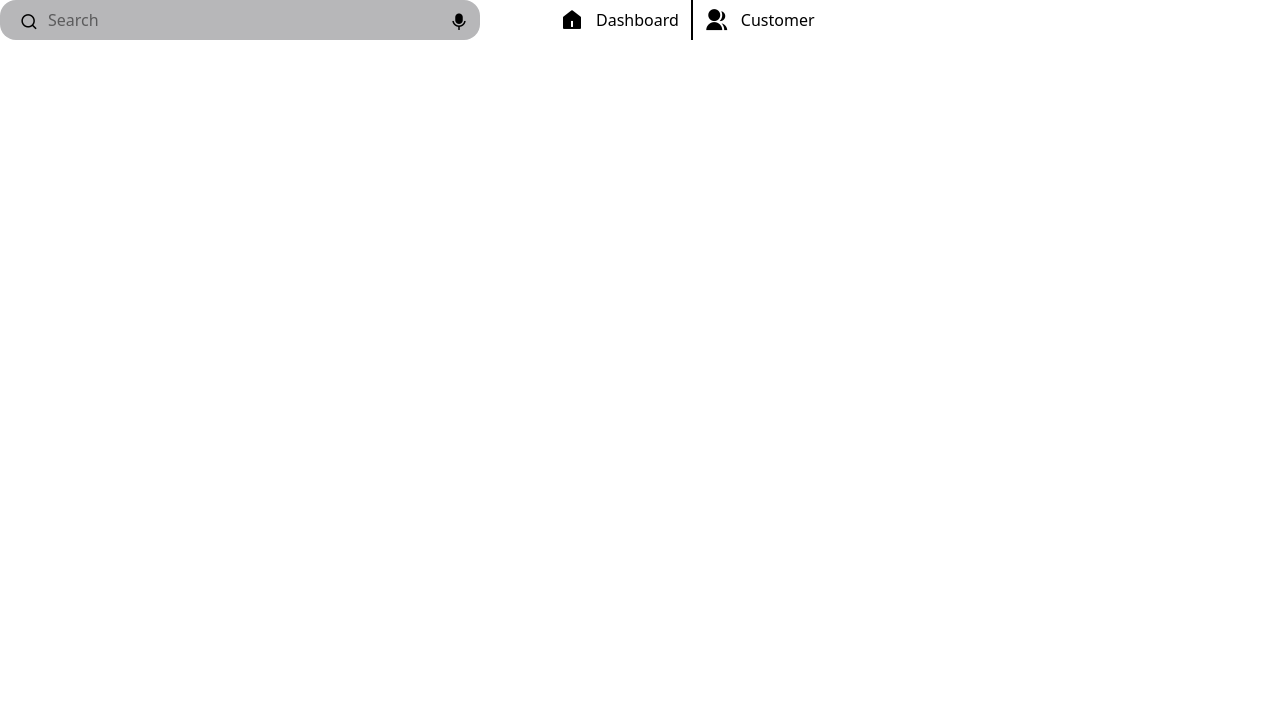
Repository: MockProject9920/MockProject_022025_Nhom4
Page: / (app in frontend/)
An editor plug-in stored every save of this project. The page is shown before and after the next save, followed by the edit.
The browser window is 1280 px wide. The pictures show the whole page.
The project was rebuilt for these pictures with package versions that can differ from the ones it lists, and the page was loaded fresh each time. Also part of the build but not shown: frontend/vite.config.js, frontend/src/components/AdminNavbar.jsx, frontend/src/components/AdminSidebar.jsx, frontend/src/layouts/AdminLayout.jsx.

Above is the page before, as saved 2025-03-12 15:00:54.

After the next save:
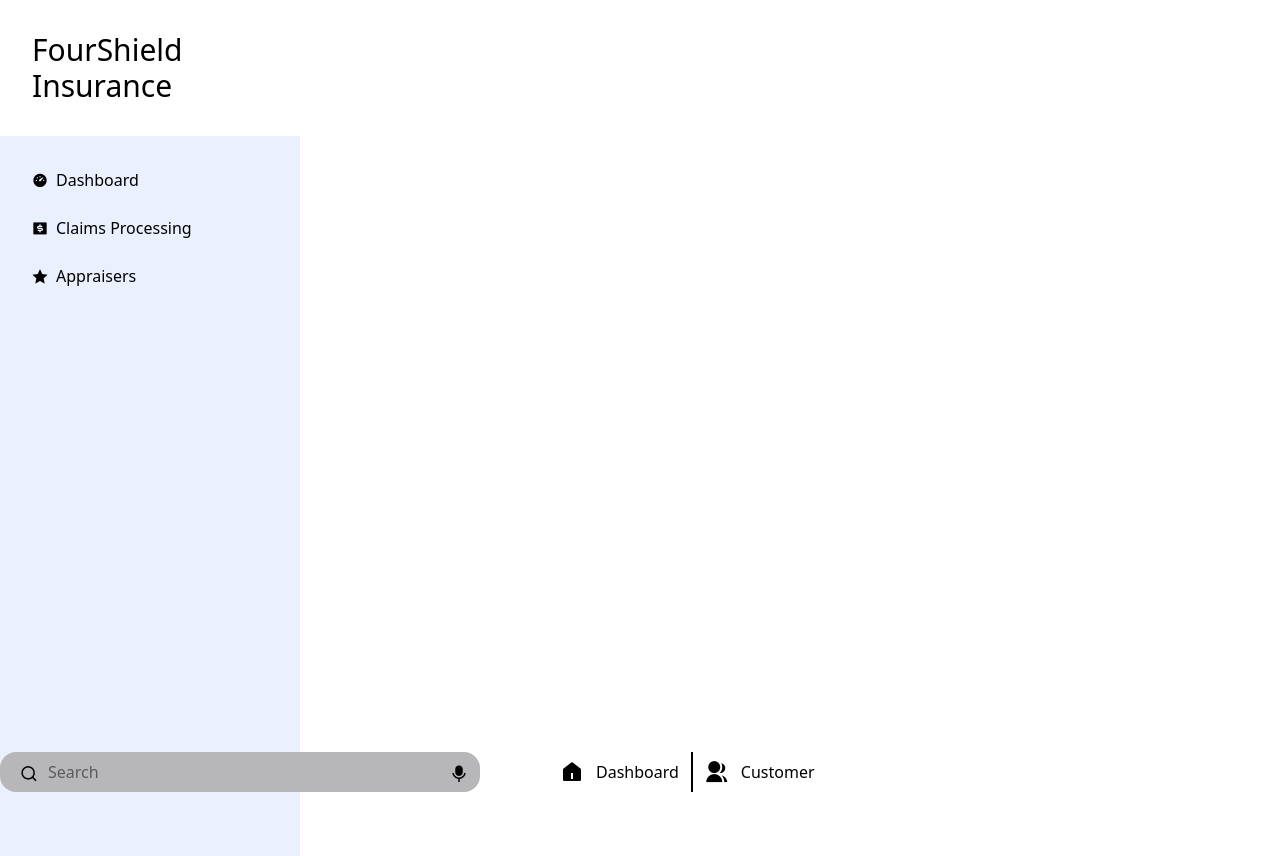
Saved 8 s later.
--- a/frontend/src/App.jsx
+++ b/frontend/src/App.jsx
@@ -2,12 +2,13 @@ import AdminNavbar from "./components/AdminNavbar";
 import AdminSidebar from "./components/AdminSidebar";
 import UserNavbar from "./components/UserNavbar";
 import AdminLayout from "./layouts/AdminLayout";
+import UserLayout from "./layouts/UserLayout";
 
 function App() {
   return (
     <>
       {/* <AdminSidebar /> */}
-      <UserNavbar />{" "}
+      <UserLayout />{" "}
     </>
   );
 }
